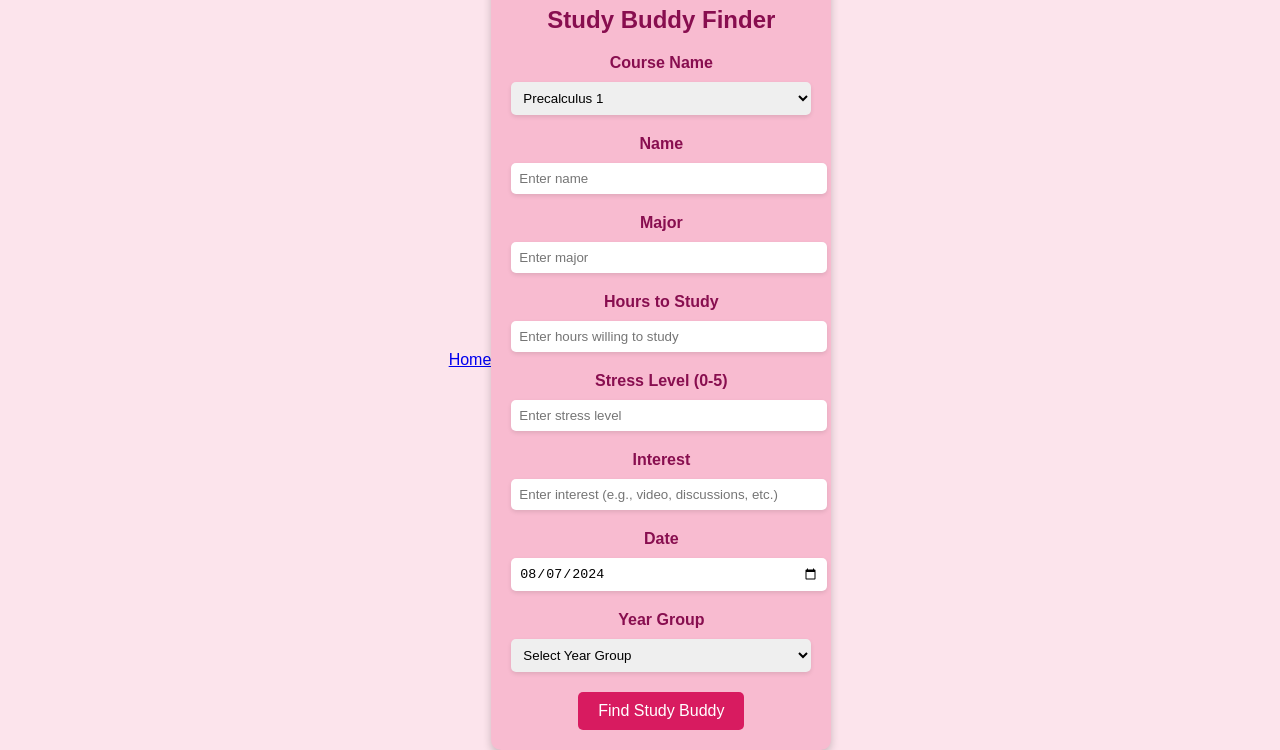
Repository: Argivist/BUDDY-MATCH
Page: http://localhost/html/matching.php
These files come from the project's save history. The page is drawn as it stood at one moment and after the next save; the edit follows.
The browser window is 1280 px wide. The pictures show the whole page.
The page is run by PHP 8.4 with error messages shown; the project is at /var/www/html/.

Above is the page before, as saved 2024-08-08 00:45:05.

### html/matching.php
<!DOCTYPE html>
<html>
<head>
    <title>Study Buddy Finder</title>
    <style>
        body {
            font-family: 'Arial', sans-serif;
            background: #fce4ec;
            color: #880e4f;
            display: flex;
            justify-content: center;
            align-items: center;
            height: 100vh;
            margin: 0;
        }

        .container {
            background: #f8bbd0;
            border-radius: 10px;
            box-shadow: 0 4px 8px rgba(0, 0, 0, 0.2);
            padding: 20px;
            width: 300px;
            text-align: center;
        }

        h1 {
            font-size: 24px;
            margin-bottom: 20px;
        }

        label {
            display: block;
            margin-bottom: 10px;
            font-weight: bold;
        }

        input, select {
            width: 100%;
            padding: 8px;
            margin-bottom: 20px;
            border: none;
            border-radius: 5px;
            box-shadow: 0 2px 4px rgba(0, 0, 0, 0.1);
        }

        button {
            background: #d81b60;
            color: #fff;
            padding: 10px 20px;
            border: none;
            border-radius: 5px;
            cursor: pointer;
            font-size: 16px;
        }

        button:hover {
            background: #ad1457;
        }

        .result-container {
            margin-top: 20px;
            background: #f48fb1;
            padding: 10px;
            border-radius: 5px;
        }

        .result {
            margin-bottom: 10px;
            padding: 10px;
            background: #f06292;
            border-radius: 5px;
            color: #fff;
            cursor: pointer;
        }

        .chat-box {
            display: none;
            background: #fff;
            border: 1px solid #ccc;
            border-radius: 10px;
            padding: 10px;
            margin-top: 20px;
        }
    </style>
</head>
<body>
    <a href="../index.php" class="home-link">Home</a>
    <div class="container">
        <h1>Study Buddy Finder</h1>
    <form id="studyBuddyForm" method="POST" action="../action/matchingAction.php">
        <label for="className">Course Name</label>
        <select id="className" name="className">
            <option value="Precalculus 1">Precalculus 1</option>
            <option value="Precalculus 2">Precalculus 2</option>
            <option value="Calculus 1">Calculus 1</option>
            <option value="Calculus 2">Calculus 2</option>
            <option value="Applied Calculus">Applied Calculus</option>
            <option value="Engineering Calculus">Engineering Calculus</option>
            <option value="Python">Python</option>
            <option value="OOP">OOP</option>
            <option value="Data Structures">Data Structures</option>
            <option value="Algorithms">Algorithms</option>
            <option value="WebTech">WebTech</option>
            <option value="Research Methods">Research Methods</option>
            <option value="Hardware">Hardware</option>
            <option value="COA">COA</option>
            <option value="Software Engineering">Software Engineering</option>
            <option value="Intro to AI">Intro to AI</option>
        </select>


        <label for="name">Name</label>
        <input type="text" id="name" name="name" placeholder="Enter name">

        <label for="major">Major</label>
        <input type="text" id="major" name="major" placeholder="Enter major">

        <label for="timeToStudy">Hours to Study</label>
        <input type="number" id="timeToStudy" name="timeToStudy" placeholder="Enter hours willing to study">

        <label for="stressed">Stress Level (0-5)</label>
        <input type="number" id="stressed" name="stressed" placeholder="Enter stress level" min="0" max="5">


        <label for="interest">Interest</label>
        <input type="text" id="interest" name="interest" placeholder="Enter interest (e.g., video, discussions, etc.)">

        <label for="date">Date</label>
        <input type="date" id="date" name="date" value="<?php echo date('Y-m-d');?>">

        <label for="yearGroup">Year Group</label>
            <select id="yearGroup" name="yearGroup">
                <option value="">Select Year Group</option>
                <option value="2024">2024</option>
                <option value="2025">2025</option>
                <option value="2026">2026</option>
                <option value="2027">2027</option>
            </select>

        <button type="submit">Find Study Buddy</button>
    </form>



    <div class="result-container" id="result-container" style="display: none;">
        <h2>Matching Buddies:</h2>
        <div id="results"></div>
    </div>


    <div class="chat-box" id="chat-box">
        <h2>Chat with <span id="chat-buddy-name"></span></h2>
        <div id="chat-messages" style="height: 200px; overflow-y: scroll; border: 1px solid #ccc; padding: 10px; margin-bottom: 10px;">
            <!-- Chat messages will appear here -->
        </div>
        <input type="text" id="chat-input" placeholder="Type a message..." style="width: 80%;">
        <button onclick="sendMessage()">Send</button>
    </div>

    <script>
        const existingUsers = [
            ['Sindhu', 'Computer Science', ['Precalculus 1', 'Calculus 1', 'Data Structures'], 2.5, 3, 'video', '2024-02-02','2024'],
            ['Tejal', 'IMS', ['Precalculus 2', 'Applied Calculus', 'Research Methods'], 3, 4, 'slides', '2024-06-14','2024'],
            ['Rhea', 'IMS', ['Calculus 1', 'Data Structures'], 4.5, 3, 'teaching', '2024-05-22','2025'],
            ['John', 'Computer Science', ['Python', 'OOP'], 6, 2, 'discussions', '2024-08-07','2026'],
            ['Anushka', 'Computer Engineering', ['Engineering Calculus', 'Software Engineering'], 7, 4, 'video', '2024-02-19','2025'],
            ['Stacy', 'IMS', ['WebTech', 'Research Methods'], 3, 3, 'teaching', '2024-07-22','2027'],
            ['James', 'Computer Science', ['Calculus 2', 'Hardware'], 5, 2, 'video', '2024-01-28','2026'],
            ['Amaya', 'Computer Science', ['COA', 'Intro to AI'], 5.5, 3, 'discussions', '2024-01-29','2026'],
            ['Saharya', 'Computer Science', ['Data Structures', 'Algorithms'], 6, 3, 'quiet time', '2024-01-30','2024'],
            ['Bob', 'IMS', ['Python', 'WebTech'], 5, 2, 'quiet time', '2024-01-31','2027'],
            ['Dylan', 'OOP', ['Applied Calculus'], 7, 3, 'teaching', '2024-11-14','2026'],
            ['Thomas', 'BA', ['Precalculus 1', 'Precalculus 2'], 8, 3, 'slides', '2024-01-15','2025'],
            ['Mike', 'Engineering Calculus', ['Python'], 4, 2, 'slides', '2024-10-22','2024'],
            ['Gamaya', 'Software Engineering', ['Intro to AI'], 6, 3, 'video', '2025-09-17','2025'],
            ['Lizzie', 'COA', ['WebTech'], 6, 3, 'teaching', '2024-10-22','2024'],
            ['Tara', 'Precalculus 1', ['Algorithms'], 3.5, 3, 'slides', '2024-10-02','2026'],
            ['Kelsie', 'Precalculus 2', ['Research Methods'], 4, 3, 'quiet time', '2025-08-02','2027']
        ];

        function findStudyBuddy() {
        const name = document.getElementById('name').value;
        const major = document.getElementById('major').value;
        const className = document.getElementById('className').value;
        const timeToStudy = parseFloat(document.getElementById('timeToStudy').value);
        const stressed = parseInt(document.getElementById('stressed').value);
        const interest = document.getElementById('interest').value;
        const date = document.getElementById('date').value;
        const yearGroup = document.getElementById('yearGroup').value;

        // Adding the event listener inside the function might not be ideal unless you specifically intend for it.
        // Typically, you'd attach event listeners outside of other functions to ensure they are registered after the DOM is fully loaded.
        document.getElementById('studyBuddyForm').addEventListener('submit', function(event) {
            event.preventDefault(); // Prevent the default form submission behavior
            const formData = new FormData(this);

            fetch('../action/matchingAction.php', {
                method: 'POST',
                body: formData
            })
            .then(response => response.json())
            .then(data => {
                if (data.success) {
                    // Redirect to a new page, such as a results display page
                    window.location.href = 'displayResults.html'; // Make sure this points to the correct URL
                } else {
                    alert('No matches found.');
                }
            })
            .catch(error => {
                console.error('Error:', error);
                alert('Error fetching results');
            });
        });
    }

    function startChat(buddyName) {
        document.getElementById('chat-buddy-name').textContent = buddyName;
        document.getElementById('chat-box').style.display = 'block';
    }

    function sendMessage() {
        const chatMessages = document.getElementById('chat-messages');
        const chatInput = document.getElementById('chat-input');
        const message = chatInput.value;
        const receiverID = document.getElementById('receiverID').value; // You need an input to hold this or manage it dynamically

        if (message.trim() === '') return;

        fetch('../action/chatAction.php', {
            method: 'POST',
            headers: {
                'Content-Type': 'application/x-www-form-urlencoded',
            },
            body: `message=${encodeURIComponent(message)}&receiverID=${encodeURIComponent(receiverID)}`
        })
        .then(response => response.text())
        .then(text => {
            console.log(text);
            const messageDiv = document.createElement('div');
            messageDiv.textContent = `You: ${message}`;
            chatMessages.appendChild(messageDiv);
            chatInput.value = '';
            chatMessages.scrollTop = chatMessages.scrollHeight;
        })
        .catch(error => console.error('Error:', error));
    }


    function addNewStudent(name, major, classes, timeToStudy, stressed, interest, date, yeargroup) {
        existingUsers.push([name, major, classes, timeToStudy, stressed, interest, date, yeargroup]);
    }

            // Example of how to add a new student using AJAX
    function saveNewStudent() {
        const name = prompt("Enter student's name");
        const major = prompt("Enter student's major");
        const classes = prompt("Enter student's classes, separated by commas");
        const timeToStudy = parseFloat(prompt("Enter hours willing to study"));
        const stressed = parseInt(prompt("Enter stress level (0-5)"));
        const interest = prompt("Enter study interest");
        const date = prompt("Enter date");
        const time = prompt("Enter yeargroup");

        fetch('../action/addStudent.php', {
            method: 'POST',
            headers: {
                    'Content-Type': 'application/x-www-form-urlencoded',
                    },
                    body: `name=${encodeURIComponent(name)}&major=${encodeURIComponent(major)}&classes=${encodeURIComponent(classes)}&timeToStudy=${timeToStudy}&stressed=${stressed}&interest=${encodeURIComponent(interest)}&date=${date}`
        })
        .then(response => response.text())
        .then(text => console.log(text))
        .catch(error => console.error('Error:', error));
    }


    function joinMeeting() {
        const buddyName = document.getElementById('chat-buddy-name').innerText;
        const name = document.getElementById('name').value;
        if (buddyName && name) {
            const roomName = CryptoJS.SHA256(name + buddyName).toString();
            const meetingUrl = ` https://vidcnf.onrender.com/conference.html?data=${encodeURIComponent(data)}`;
            window.location.href = meetingUrl;
    } else {
            alert('Please find and select a study buddy first.');
        }
    }
    </script>
    <script src="https://cdnjs.cloudflare.com/ajax/libs/crypto-js/4.1.1/crypto-js.min.js"></script>
</body>
</html>

After the next save:
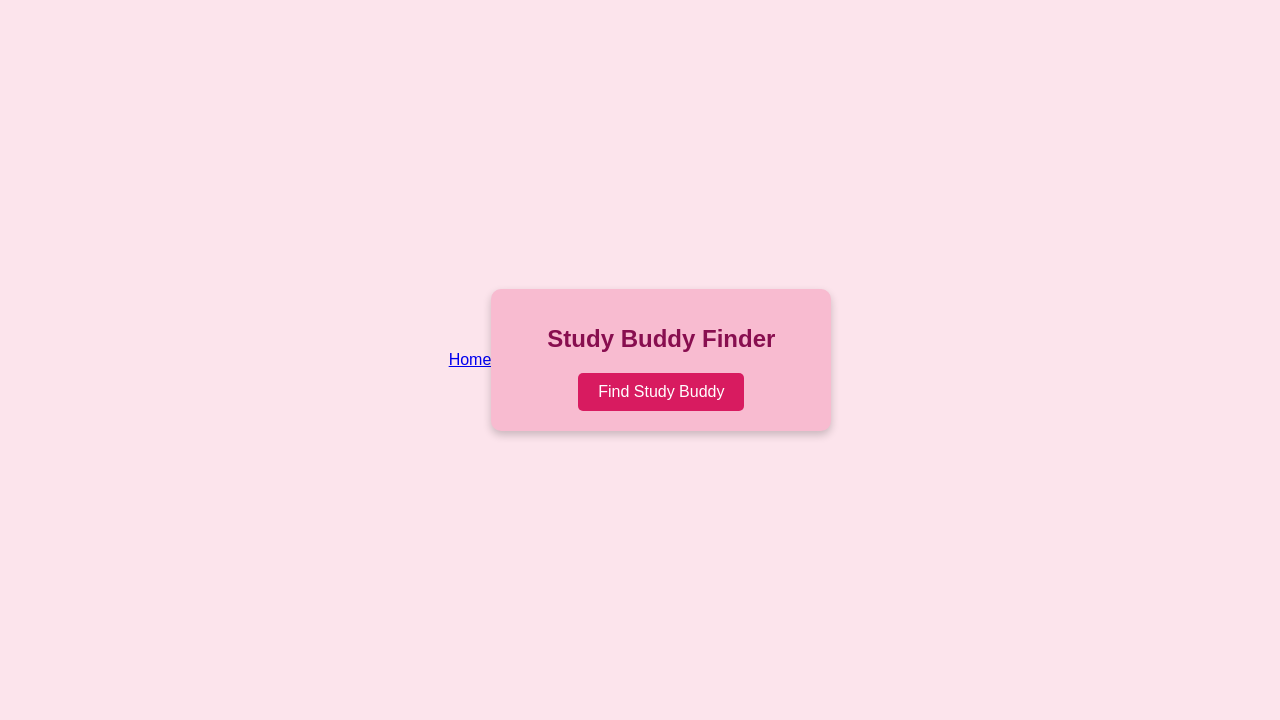
Saved 104 s later.
--- a/html/matching.php
+++ b/html/matching.php
@@ -88,7 +88,7 @@
     <div class="container">
         <h1>Study Buddy Finder</h1>
     <form id="studyBuddyForm" method="POST" action="../action/matchingAction.php">
-        <label for="className">Course Name</label>
+        <!-- <label for="className">Course Name</label>
         <select id="className" name="className">
             <option value="Precalculus 1">Precalculus 1</option>
             <option value="Precalculus 2">Precalculus 2</option>
@@ -135,7 +135,7 @@
                 <option value="2025">2025</option>
                 <option value="2026">2026</option>
                 <option value="2027">2027</option>
-            </select>
+            </select> -->
 
         <button type="submit">Find Study Buddy</button>
     </form>
